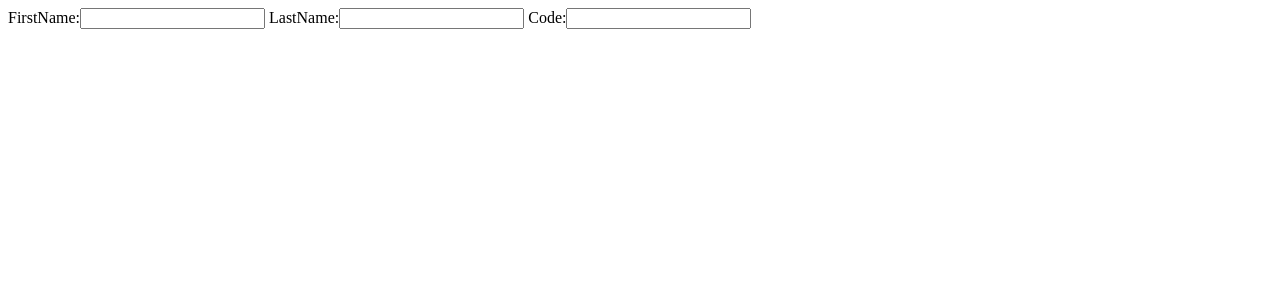
Repository: ramakrishnan1997/ram_javatraining
Page: javascript/src/main/webapp/blurfocus.html
The author's editor kept a copy of each file at every save. The page is drawn from the files as they stood at one save, then again after the next save.
The browser window is 1280 px wide. The pictures show the whole page.

Above is the page before, as saved 2022-06-29 07:24:07.
Console error: TypeError: Cannot read properties of undefined (reading 'split')

After the next save:
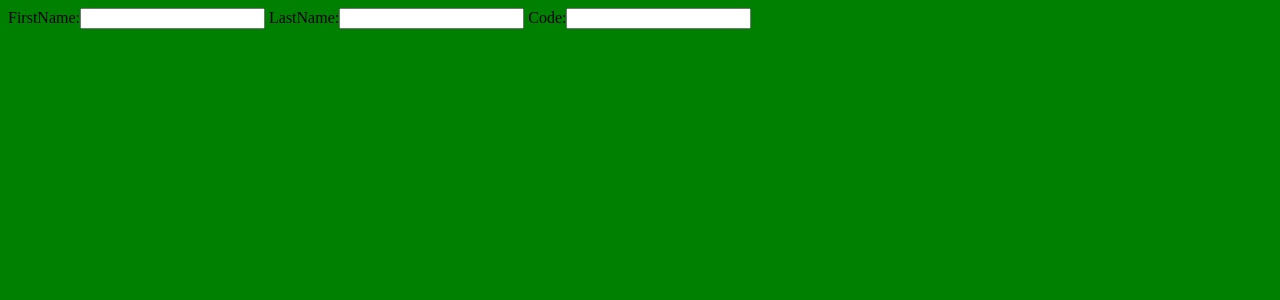
The error is gone.
Saved 13 s later.
--- a/javascript/src/main/webapp/scripts/cookies.js
+++ b/javascript/src/main/webapp/scripts/cookies.js
@@ -14,7 +14,7 @@ function readcookie()
 
 	var cookieList = mycookie.split(";");
 
-   var 	sizecookie = cookieList[2];
+   var 	sizecookie = cookieList[0];
 
 	var values =sizecookie.split("=");
 
